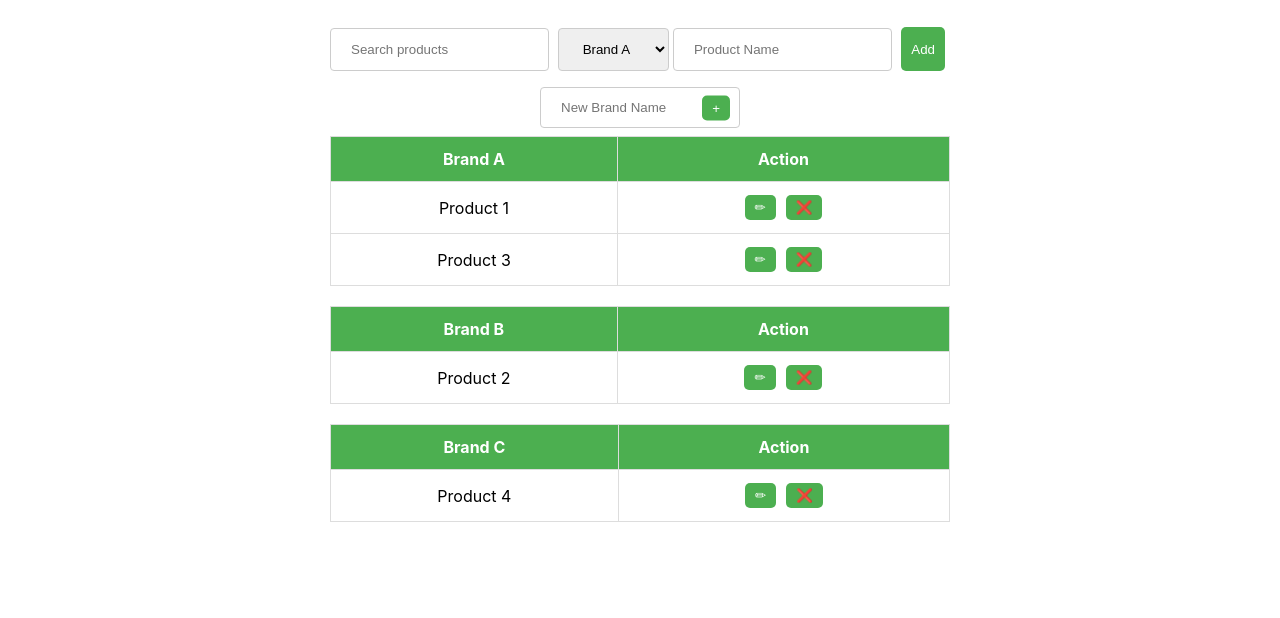
Repository: sunilkc-7/product-manager-app
Page: /
The author's editor kept a copy of each file at every save. The page is drawn from the files as they stood at one save, then again after the next save.
The browser window is 1280 px wide. The pictures show the whole page.
The project was rebuilt for these pictures with package versions that can differ from the ones it lists, and the page was loaded fresh each time.

Above is the page before, as saved 2023-08-01 13:13:43.

After the next save:
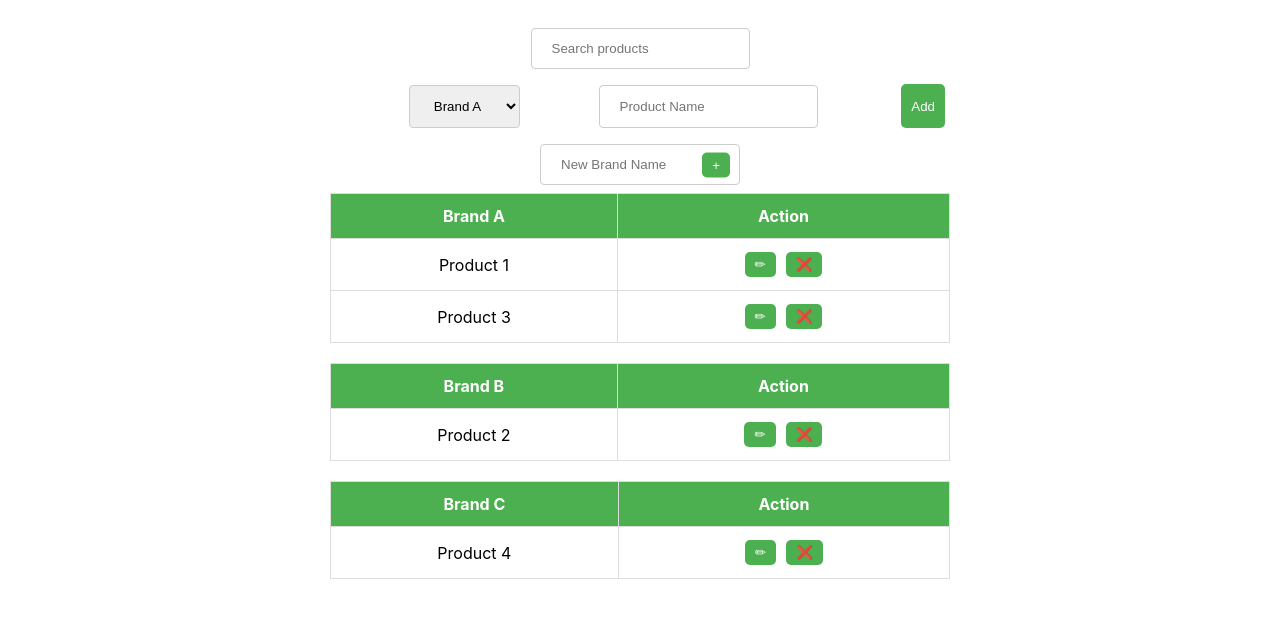
Saved 51 s later.
--- a/src/App.js
+++ b/src/App.js
@@ -59,14 +59,14 @@
 
   return (
     <div className="App">
+      <input
+        className="inputSearch"
+        type="text"
+        value={search}
+        onChange={(e) => setSearch(e.target.value)}
+        placeholder="Search products"
+      />
       <div className="select-container">
-        <input
-          className="inputSearch"
-          type="text"
-          value={search}
-          onChange={(e) => setSearch(e.target.value)}
-          placeholder="Search products"
-        />
         <br />
         <select
           style={{ maxHeight: "100px", overflow: "auto" }}
